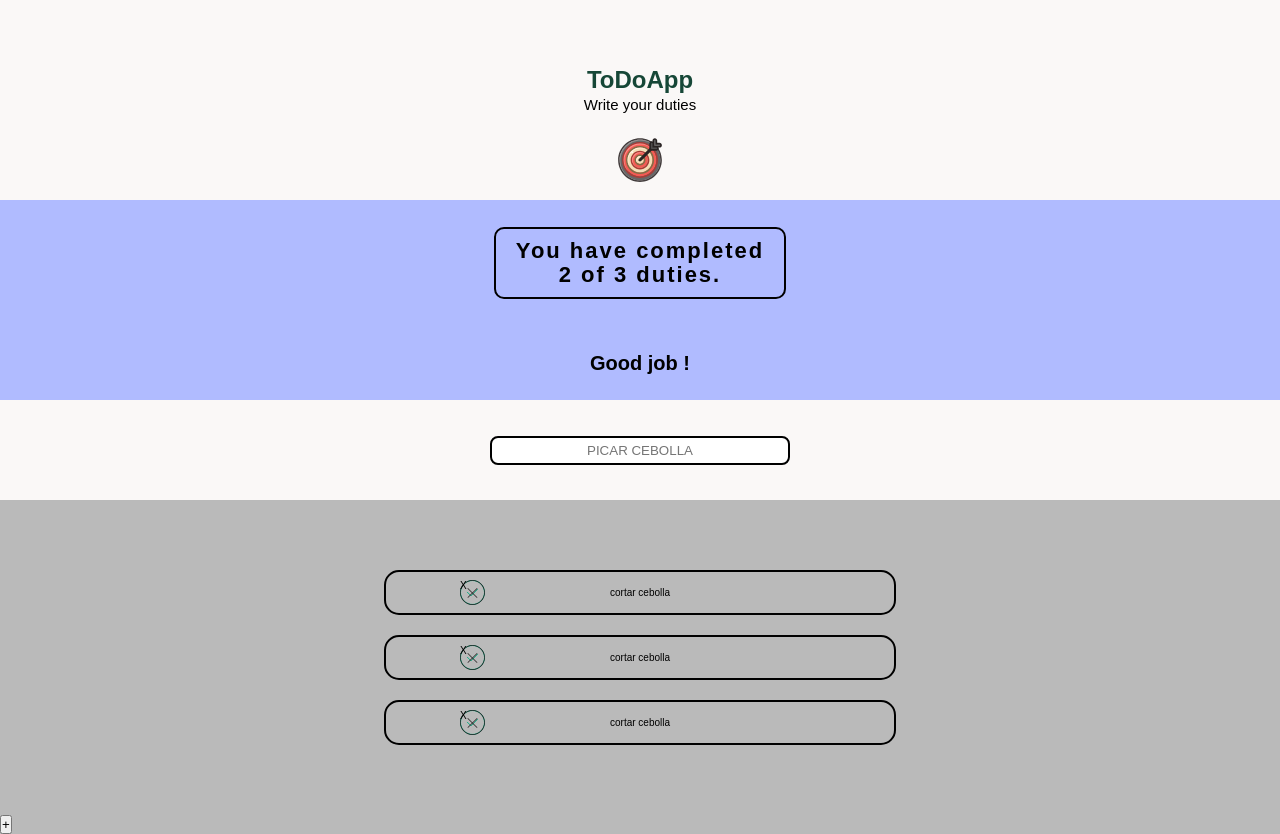
Repository: ChristianGecchelin/to-do-app
Page: /
An editor plug-in stored every save of this project. The page is shown before and after the next save, followed by the edit.
The browser window is 1280 px wide. The pictures show the whole page.
The project was rebuilt for these pictures with package versions that can differ from the ones it lists, and the page was loaded fresh each time.

Above is the page before, as saved 2022-01-12 15:28:14.

### src/index.js
import React from "react";
import ReactDOM from "react-dom";
import App from "./App";
//import { ChakraProvider } from "@chakra-ui/react";
import "./index.css";

ReactDOM.render(<App />, document.getElementById("root"));

### src/App.js
import { ToDoCounter } from "./ToDoCounter";
import { ToDoSearch } from "./ToDoSearch";
import { ToDoList } from "./ToDoList";
import { CreateToDoButton } from "./CreateToDoButton";
import { ToDoItem } from "./ToDoItem";
import { Header } from "./Header";
// import './App.css';

const todos = [
  { text: "cortar cebolla", completed: false },
  { text: "cortar cebolla", completed: false },
  { text: "cortar cebolla", completed: false },
];

function App() {
  return (
    <>
      <Header />
      <ToDoCounter />
      {<ToDoSearch />}
      <ToDoList>
        {todos.map((todo) => (
          <ToDoItem key={todo.text} text={todo.text} />
        ))}
      </ToDoList>

      <CreateToDoButton />
    </>
  );
}

export default App;

### src/index.css
* {
  box-sizing: border-box;
  margin: 0;
  padding: 0;
}
html {
  font-size: 62.5%;
  font-family: "DM Sans", sans-serif;
}
body {
  background: #bababa;
}

### src/ToDoCounter.js
import "./styles/ToDoCounter.css";
function ToDoCounter() {
  return (
    <section className="counter-container">
      <div className="title-card">
        <h2 className="counter-title">
          You have completed <br />2 of 3 duties.
        </h2>
      </div>
      {/* como podria cambiar ese br? */}
      <p className="counter-congrats">Good job !</p>
    </section>
  );
}
export { ToDoCounter };
/* Modificar que sea variable la cantidad de tareas completadas, que el good job cambie cuando llevo menos de la mitad de tareas completadas. */

### src/ToDoSearch.js
import "./styles/ToDoSearch.css";
function ToDoSearch() {
  return (
    <section className="search-container">
      <input className="search-input" placeholder="Picar cebolla"></input>
    </section>
  );
}
export { ToDoSearch };

### src/ToDoList.js
import "./styles/ToDoList.css";
function ToDoList(props) {
  return (
    <section className="list-container">
      <ul className="item-container"> {props.children}</ul>
    </section>
  );
}
export { ToDoList };

### src/CreateToDoButton.js
function CreateToDoButton() {
  return <button>+</button>;
}
export { CreateToDoButton };

### src/ToDoItem.js
function ToDoItem(props) {
  return (
    <li className="list-item">
      <span className="check"></span>
      <p className="text-item">{props.text}</p>
      <span className="delete">X</span>
    </li>
  );
}
export { ToDoItem };

### src/Header.js
import "./styles/header.css";
function Header() {
  return (
    <header>
      <h1>ToDoApp</h1>
      <h3>Write your duties</h3>
      <span></span>
    </header>
  );
}
export { Header };

### src/styles/ToDoCounter.css
.counter-container {
  display: flex;
  flex-direction: column;
  justify-content: space-around;
  align-items: center;
  width: 100%;
  min-width: 300px;
  height: 200px;
  margin: 0 auto;
  text-align: center;
  background: #b0bbff;
}
.title-card {
  border: 2px solid black;
  border-radius: 10px;
}
.counter-title {
  font-size: 2.2rem;
  font-weight: 700;
  line-height: 2.4rem;
  letter-spacing: 0.2rem;
  padding: 10px 20px;
}
.counter-congrats {
  font-size: 2rem;
  font-weight: 700;
  line-height: 2rem;
}

/* como funciona la especifidad en css en react? */

### src/styles/ToDoSearch.css
.search-container {
  display: flex;
  flex-direction: column;
  margin: 0 auto;
  justify-content: center;
  width: 100;
  min-width: 200px;
  height: 100px;
  text-align: center;
  background: #faf8f7;
}
.search-input {
  width: 60%;
  max-width: 300px;
  border: 2px solid black;
  border-radius: 8px;
  margin: 0 auto;
  text-align: center;
  padding: 5px 20px;
}
.search-input:focus {
  outline: none;
  border: 2px solid green;
  background: rgba(240, 239, 239, 0.7);
}
.search-input::placeholder {
  text-transform: uppercase;
}

### src/styles/ToDoList.css
.list-container {
  display: flex;
  flex-direction: column;
  justify-content: center;
  align-items: center;
  width: 100%;
  height: auto;
  padding: 50px 0;
}
.item-container {
  width: 40%;
}
.list-item {
  position: relative;
  display: flex;
  flex-direction: row;
  justify-content: space-around;
  margin: 20px 0px;
  padding: 15px 0;
  border: 2px solid black;
  border-radius: 15px;
}
.check {
  position: absolute;
  top: 8px;
  left: calc(50% - 180px);
  background-image: url(../assets/check.svg);
  width: 25px;
  height: 25px;
  background-repeat: no-repeat;
  background-size: contain;
}
.delete {
  position: absolute;
  top: 8px;
  left: calc(50% - 180px);
  background-image: url(../assets/cross.svg);
  width: 25px;
  height: 25px;
  background-repeat: no-repeat;
  background-size: contain;
}

### src/styles/header.css
header {
  position: relative;
  display: flex;
  flex-direction: column;
  justify-content: center;
  align-items: center;
  width: 100%;
  min-width: 320px;
  height: 200px;
  text-align: center;
  padding-bottom: 50px;
  background: #faf8f7;
}
header h1 {
  align-items: center;
  font-size: 2.4rem;
  font-weight: 700;
  line-height: 3rem;
  color: rgb(22, 71, 55);
  padding-top: 15px;
  padding-bottom: 5px;
  margin-top: 10px;
}
header h3 {
  align-items: center;
  font-size: 1.5rem;
  font-weight: 500;
  line-height: 1rem;
}
header span {
  position: absolute;
  top: 135px;
  background-image: url(../assets/header.svg);
  width: 50px;
  height: 50px;
  background-repeat: no-repeat;
  background-size: contain;
}
/*Falta completar con tipografias y colores, imagen span*/

Loaded but not shown: public/index.html (common file)

After the next save:
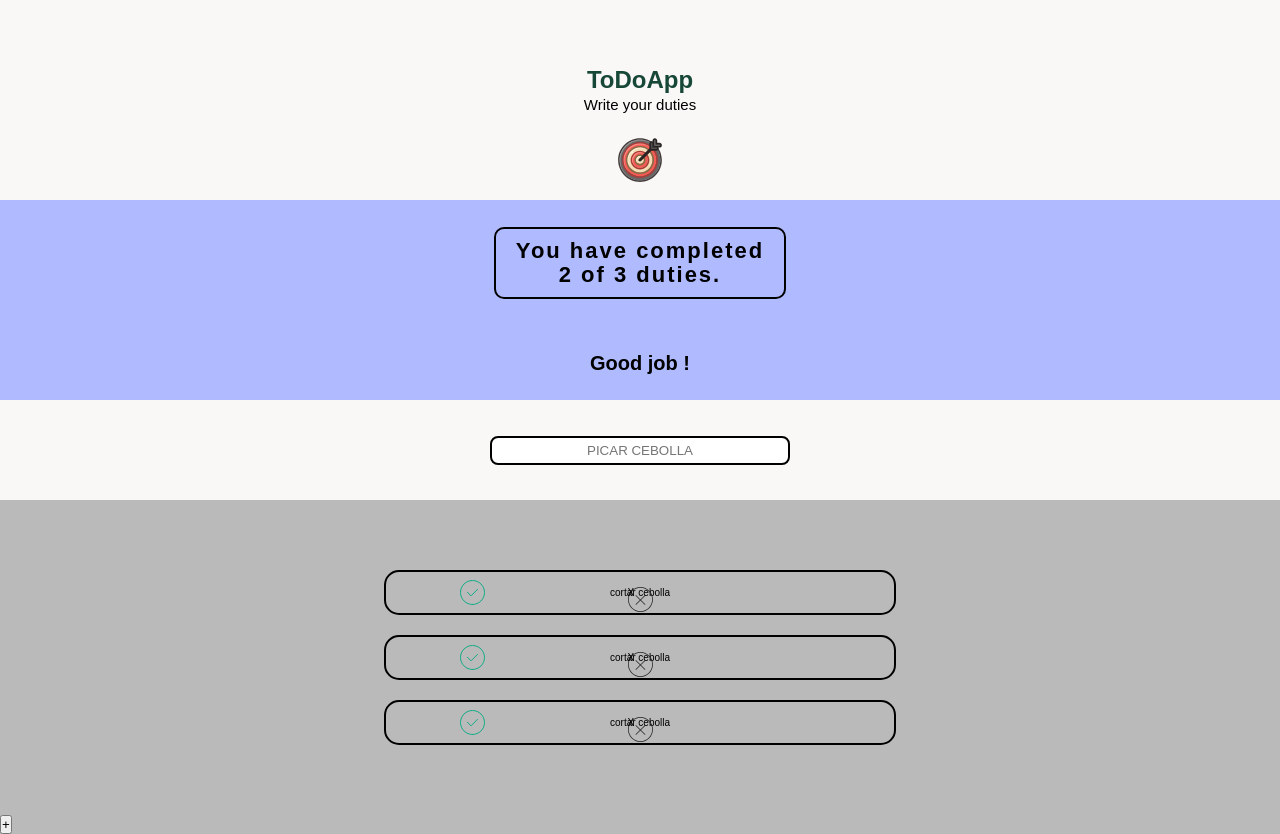
Saved 16 s later.
--- a/src/styles/ToDoList.css
+++ b/src/styles/ToDoList.css
@@ -32,8 +32,6 @@
 }
 .delete {
   position: absolute;
-  top: 8px;
-  left: calc(50% - 180px);
   background-image: url(../assets/cross.svg);
   width: 25px;
   height: 25px;

After the save that followed:
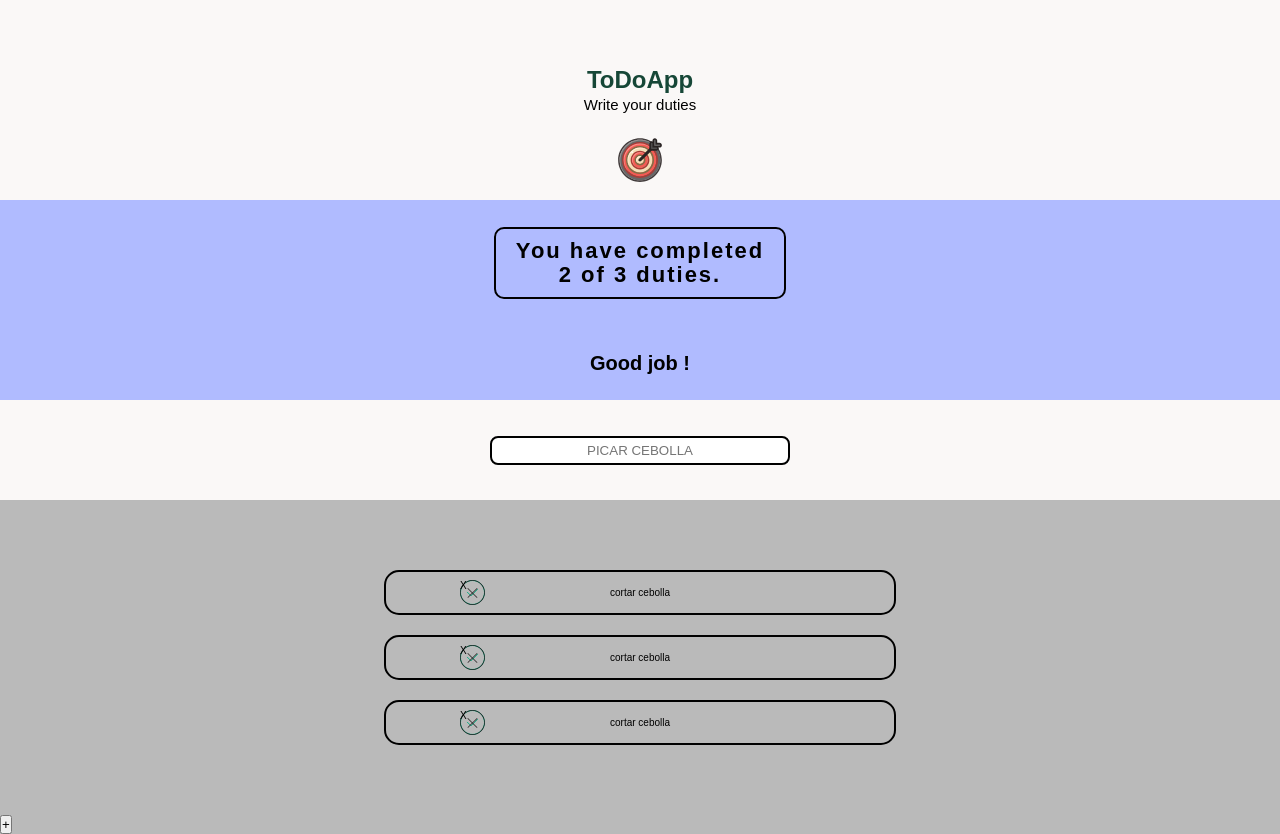
Saved 4 s later.
--- a/src/styles/ToDoList.css
+++ b/src/styles/ToDoList.css
@@ -32,6 +32,8 @@
 }
 .delete {
   position: absolute;
+  top: 8px;
+  left: calc(50% - 180px);
   background-image: url(../assets/cross.svg);
   width: 25px;
   height: 25px;
